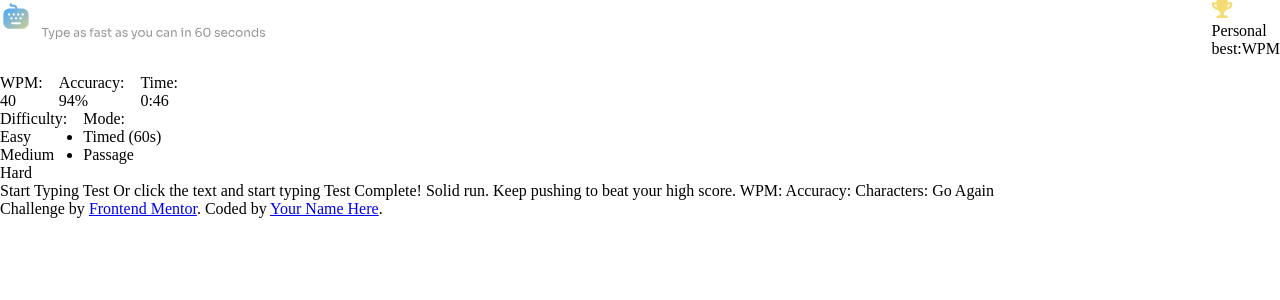
Repository: eva003n/typing-speed-test
Page: index.html
The author's editor kept a copy of each file at every save. The page is drawn from the files as they stood at one save, then again after a run of saves.
The browser window is 1280 px wide. The pictures show the whole page.

Above is the page before, as saved 2026-02-13 00:46:21.

### index.html
<!doctype html>
<html lang="en">
  <head>
    <meta charset="UTF-8" />
    <meta name="viewport" content="width=device-width, initial-scale=1.0" />
    <!-- displays site properly based on user's device -->

    <link
      rel="icon"
      type="image/png"
      sizes="32x32"
      href="./assets/images/favicon-32x32.png"
    />
    <link rel="stylesheet" href="/style.css" />
    <title>Frontend Mentor | Typing Speed Test</title>
  </head>
  <body>
    <header class="grid header">
      <div class="flex header-top">
        <div class="header-left">
          <!-- logo -->
          <img
            srcset="
              assets/images/logo-small.svg  32w,
              assets/images/logo-large.svg 267w
            "
            sizes="(width <= 600px) 32px,
               267px"
            src="assets/images/logo-small.svg"
            alt="Typing speed test logo icon"
          />
        </div>
        <div class="header-right">
          <svg
            xmlns="http://www.w3.org/2000/svg"
            width="21"
            height="18"
            fill="none"
            viewBox="0 0 21 18"
          >
            <path
              fill="#f4dc73"
              d="M19.406 2.25c.457 0 .844.387.844.844v1.969c0 1.265-.809 2.566-2.18 3.55-1.125.809-2.46 1.301-3.867 1.477-1.125 1.828-2.39 2.566-2.39 2.566v2.531H13.5c1.23 0 2.25.739 2.25 1.97v.421c0 .246-.21.422-.422.422H4.922a.406.406 0 0 1-.422-.422v-.422c0-1.23.984-1.968 2.25-1.968h1.688v-2.532s-1.301-.738-2.426-2.566c-1.407-.176-2.742-.668-3.867-1.477C.773 7.63 0 6.328 0 5.063v-1.97c0-.456.352-.843.844-.843H4.5V.844C4.5.387 4.852 0 5.344 0h9.562c.457 0 .844.387.844.844V2.25zM3.48 6.785c.422.317.915.563 1.477.774A12.7 12.7 0 0 1 4.5 4.5H2.25v.563c0 .421.352 1.125 1.23 1.722M18 5.062V4.5h-2.285a12.7 12.7 0 0 1-.457 3.059c.562-.211 1.055-.457 1.476-.774C17.367 6.363 18 5.66 18 5.062"
            />
          </svg>
          <p class="personal-text">Personal</p>
          <p class="best-txt">best:<span class="typing-unit">WPM</span></p>
        </div>
      </div>
      <div class="header-bottom">
        <div class="flex header-left">
          <div>
            <p>WPM:</p>
            <span>40</span>
          </div>
          <div>
            <p>Accuracy:</p>
            <span>94%</span>
          </div>
          <div>
            <p>Time:</p>
            <span>0:46</span>
          </div>
        </div>
        <div class="flex header-right">
          <div class="difficulty">
            <p class="difficulty-txt">Difficulty:</p>
            <ul>
              <li>Easy</li>
              <li>Medium</li>
              <li>Hard</li>
            </ul>
          </div>
          <div class="mode">
            <p class="mode-txt">Mode:</p>
            <ul>
              <li>Timed (60s)</li>
              <li>Passage</li>
            </ul>

          </div>
        </div>
      </div>
    </header>
    <section></section>

    <!-- Passage -->

    Start Typing Test Or click the text and start typing

    <!-- Test Complete Start -->

    Test Complete! Solid run. Keep pushing to beat your high score. WPM:
    <!-- WPM -->
    Accuracy:
    <!-- Accuracy -->
    Characters:
    <!-- Correct/Incorrect -->

    Go Again

    <!-- Test Complete End -->

    <div class="attribution">
      Challenge by
      <a href="https://www.frontendmentor.io?ref=challenge">Frontend Mentor</a>.
      Coded by <a href="#">Your Name Here</a>.
    </div>
  </body>
</html>

### style.css
/* sora-regular - latin */
@font-face {
  font-display: swap; /* Check https://developer.mozilla.org/en-US/docs/Web/CSS/@font-face/font-display for other options. */
  font-family: 'Sora';
  font-style: normal;
  font-weight: 400;
  src: url('/assets/fonts/sora-v17-latin-regular.woff2') format('woff2'); /* Chrome 36+, Opera 23+, Firefox 39+, Safari 12+, iOS 10+ */
}
/* sora-600 - latin */
@font-face {
  font-display: swap; /* Check https://developer.mozilla.org/en-US/docs/Web/CSS/@font-face/font-display for other options. */
  font-family: 'Sora';
  font-style: normal;
  font-weight: 600;
  src: url('/assets/fonts/sora-v17-latin-600.woff2') format('woff2'); /* Chrome 36+, Opera 23+, Firefox 39+, Safari 12+, iOS 10+ */
}
/* sora-700 - latin */
@font-face {
  font-display: swap; /* Check https://developer.mozilla.org/en-US/docs/Web/CSS/@font-face/font-display for other options. */
  font-family: 'Sora';
  font-style: normal;
  font-weight: 700;
  src: url('/assets/fonts/sora-v17-latin-700.woff2') format('woff2'); /* Chrome 36+, Opera 23+, Firefox 39+, Safari 12+, iOS 10+ */
}

:root {
--green-500: hsl(140, 63%, 57%);
--red-500: hsl(354, 63%, 57%);
--yellow-400: hsl(49, 85%, 70%);

--blue-600: hsl(214, 100%, 55%);
--blue-400: hsl(210, 100%, 65%);


--neutral-900: hsl(0, 0%, 7%);
--neutral-800: hsl(0, 0%, 15%);
--neutral-500: hsl(240, 3%, 46%);
--neutral-400: hsl(240, 1%, 59%);
--neutral-0: hsl(0, 0%, 100%);

--fz-sm: 1rem;

--fw-400: 400;
--fw-600: 600;
--fw-700: 700;
}

*,
*::before,
*::after {
    margin: 0;
    padding: 0;
}

body {
    min-height: 100svh;
    font-size: var(--fz-sm);

}

.grid {
  display: grid;
  gap: var(--gap, 1rem);
}
.flex {
  display: flex;
  gap: var(--gap, 1rem);
}

.header {

}
.header-top {
  justify-content: space-between;

}

After the next 5 saves:
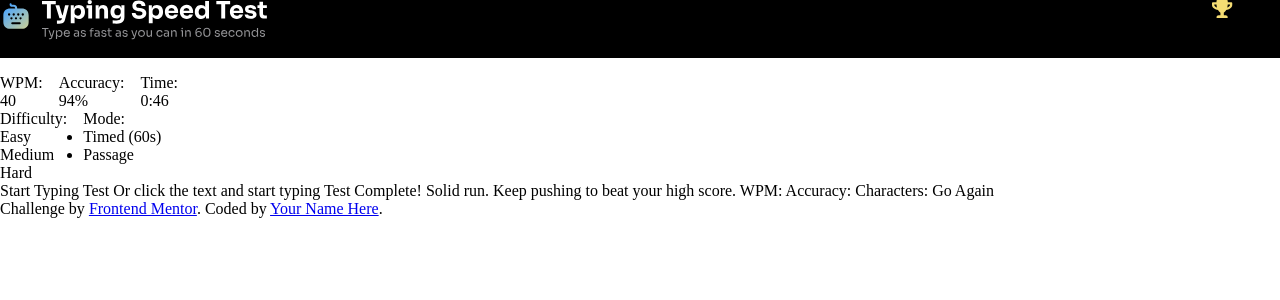
The 5 saves are shown as one change because they came seconds apart.
The last was saved 16 s later.
--- a/style.css
+++ b/style.css
@@ -72,5 +72,6 @@
 }
 .header-top {
   justify-content: space-between;
+  background: #000;
 
 }

After the save that followed:
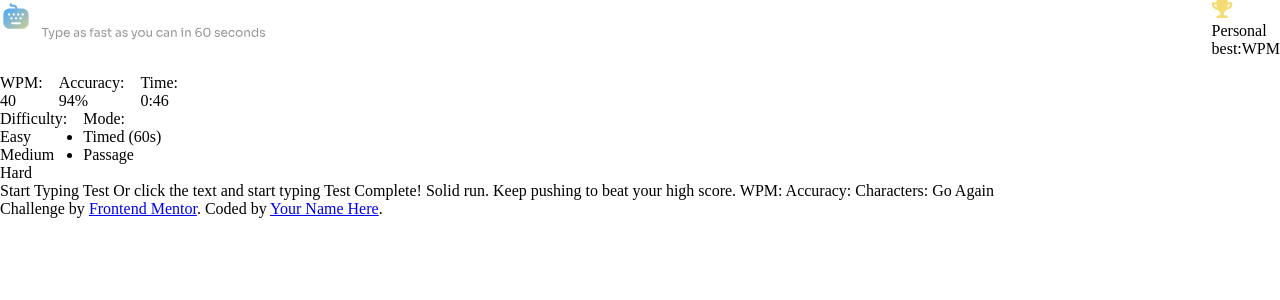
Saved 22 s later.
--- a/style.css
+++ b/style.css
@@ -72,6 +72,5 @@
 }
 .header-top {
   justify-content: space-between;
-  background: #000;
 
 }
